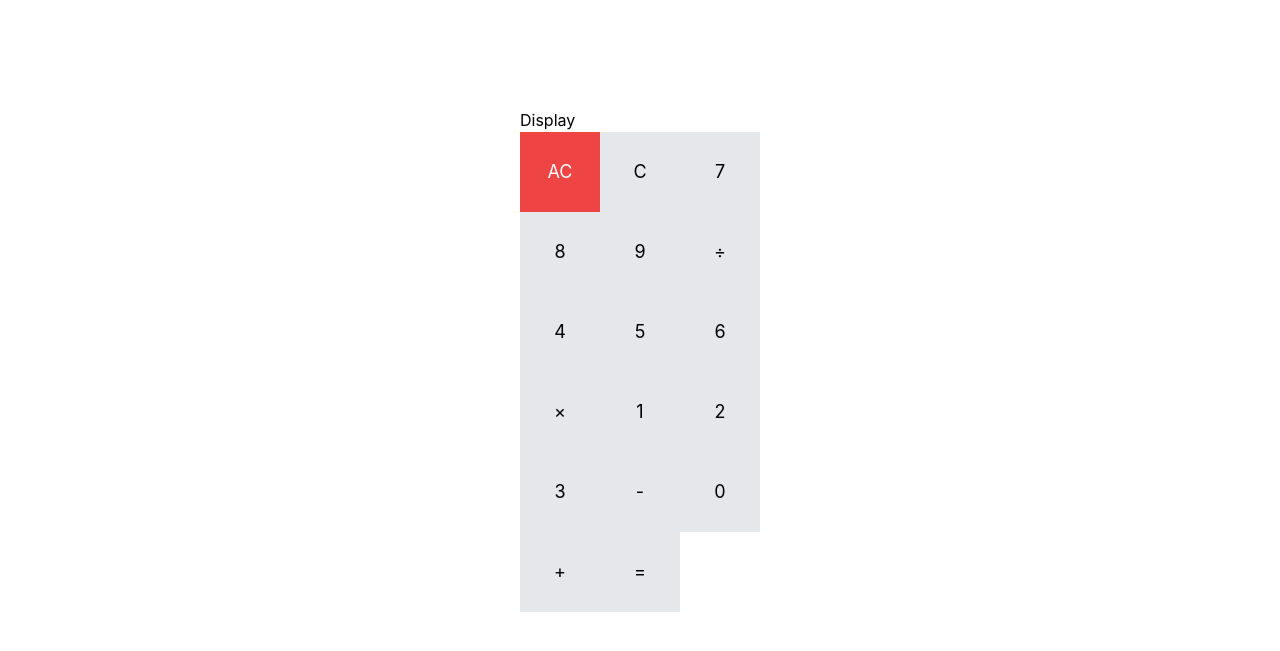
Repository: BrianPhamDev/calculator_app
Page: /
The author's editor kept a copy of each file at every save. The page is drawn from the files as they stood at one save, then again after a run of saves.
The browser window is 1280 px wide. The pictures show the whole page.
The project was rebuilt for these pictures with package versions that can differ from the ones it lists, and the page was loaded fresh each time. Also part of the build but not shown: vite.config.js.

Above is the page before, as saved 2024-01-09 14:24:48.

### src/App.jsx
import Calculator from "./components/Calculator";

function App() {
  return (
    <>
      <div className="flex items-center justify-center w-screen h-screen">
        <Calculator></Calculator>
      </div>
    </>
  );
}

export default App;

### src/components/Calculator.jsx
import { calculatorButtons } from "../globals/calculator-button-data";

const Calculator = () => {
  const specialClasses = {
    ac: "grid-rows-2 bg-red-500 text-white",
  };
  return (
    <div className="">
      <h1>Display</h1>
      <div className="grid grid-cols-3">
        {calculatorButtons.map((button) => {
          return (
            <div
              key={button.className}
              className={`bg-gray-200 flex items-center justify-center w-20 h-20 hover:bg-slate-300 text-lg ${
                specialClasses[button.className] || ""
              }`}
            >
              {button.text}
            </div>
          );
        })}
      </div>
    </div>
  );
};

export default Calculator;

### src/globals/calculator-button-data.js
export const calculatorButtons = [
  {
    type: "clear",
    className: "ac",
    text: "AC",
    value: "All Clear",
  },
  {
    type: "clear",
    className: "c",
    text: "C",
    value: "Clear",
  },
  {
    type: "number",
    className: "seven",
    text: 7,
    value: 7,
  },
  {
    type: "number",
    className: "eight",
    text: 8,
    value: 8,
  },
  {
    type: "number",
    className: "nine",
    text: 9,
    value: 9,
  },
  {
    type: "operator",
    className: "divide",
    text: "\u00f7",
    value: "Divide",
  },
  {
    type: "number",
    className: "four",
    text: 4,
    value: 4,
  },
  {
    type: "number",
    className: "five",
    text: 5,
    value: 5,
  },
  {
    type: "number",
    className: "six",
    text: 6,
    value: 6,
  },
  {
    type: "operator",
    className: "multiply",
    text: "\u00d7",
    value: "Multiply",
  },
  {
    type: "number",
    className: "one",
    text: 1,
    value: 1,
  },
  {
    type: "number",
    className: "two",
    text: 2,
    value: 2,
  },
  {
    type: "number",
    className: "three",
    text: 3,
    value: 3,
  },
  {
    type: "operator",
    className: "subtract",
    text: "-",
    value: "Subtract",
  },
  {
    type: "number",
    className: "zero",
    text: 0,
    value: 0,
  },
  {
    type: "operator",
    className: "add",
    text: "+",
    value: "Add",
  },
  {
    type: "enter",
    className: "equal",
    text: "=",
    value: "Equal",
  },
];

Loaded but not shown: index.html (common file); src/main.jsx (common file); src/index.css (common file); tailwind.config.js (common file)

After the next 2 saves:
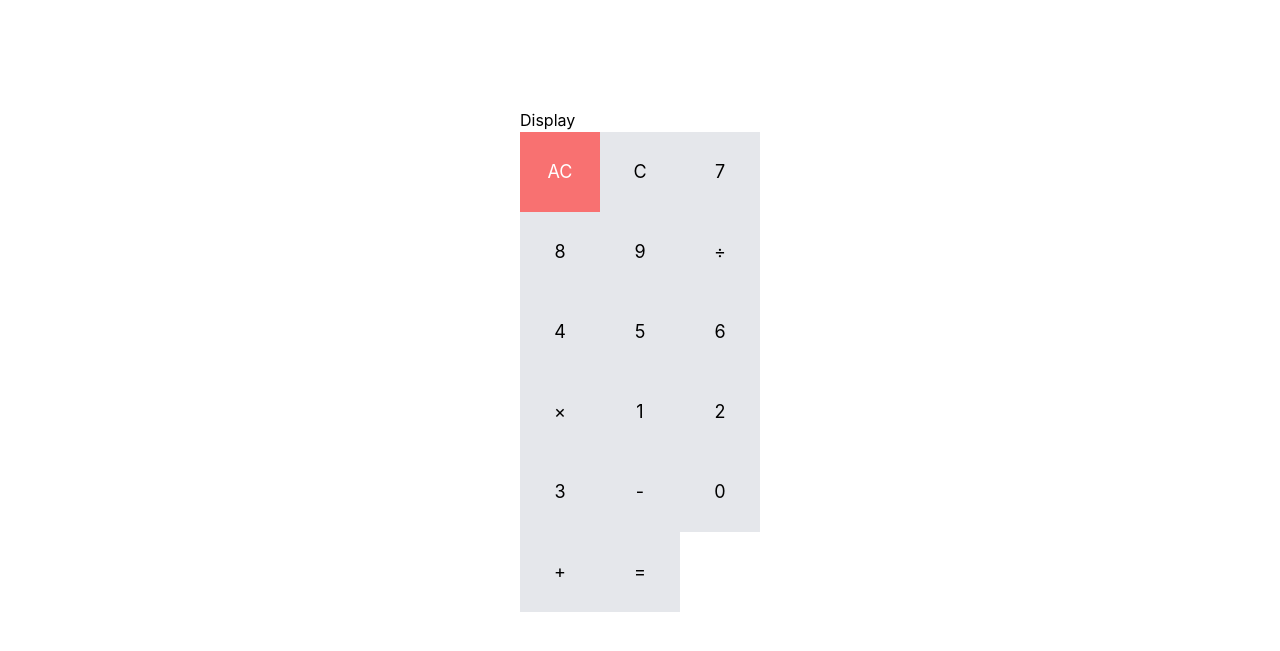
The 2 saves are shown as one change because they came seconds apart.
The last was saved 6 s later.
--- a/src/components/Calculator.jsx
+++ b/src/components/Calculator.jsx
@@ -2,7 +2,7 @@ import { calculatorButtons } from "../globals/calculator-button-data";
 
 const Calculator = () => {
   const specialClasses = {
-    ac: "grid-rows-2 bg-red-500 text-white",
+    ac: "grid-rows-2 bg-red-400 text-white",
   };
   return (
     <div className="">
